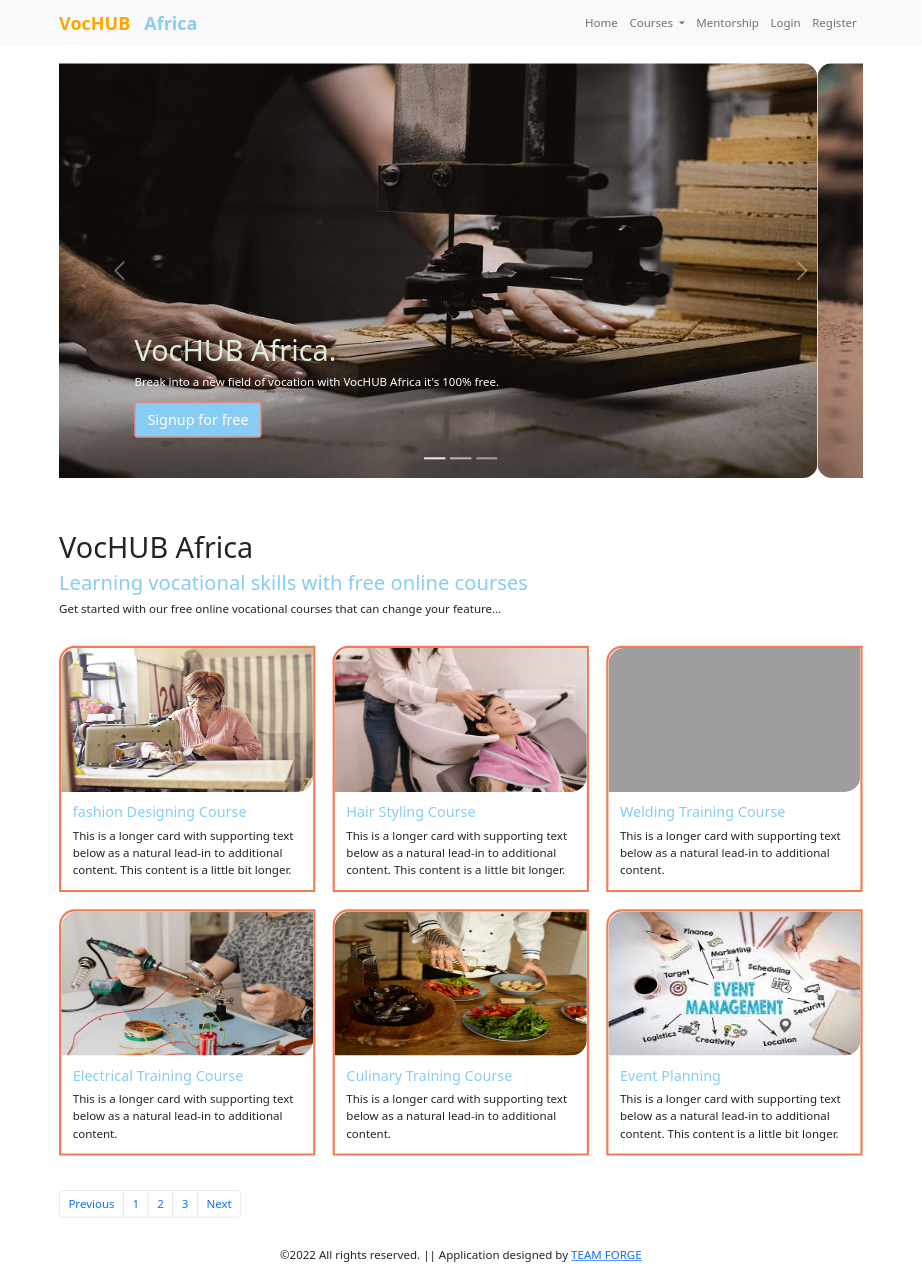
Repository: EKem01/VocHUB-Africa-Project
Page: / (app in client/)
These files come from the project's save history. The page is drawn as it stood at one moment and after the next save; the edit follows.
The browser window is 1280 px wide. The pictures show the whole page, at 72% of full size.
Pictures or frames that could not be fetched are drawn as grey boxes. The project was rebuilt for these pictures with package versions that can differ from the ones it lists, and the page was loaded fresh each time. Also part of the build but not shown: client/angular.json, client/src/app/components/login/login.component.ts, client/src/app/components/register/register.component.ts, client/src/app/components/courses/fashion-designing/fashion-designing.component.ts, client/src/app/components/courses/hair-styling/hair-styling.component.ts, client/src/app/components/dashboard/dashboard.component.ts, client/src/app/components/logout/logout.component.ts, client/src/app/components/mentorship/mentorship.component.ts.

Above is the page before, as saved 2022-06-13 23:39:11.

### client/src/index.html
<!doctype html>
<html lang="en">
<head>
  <meta charset="utf-8">
  <title>Vochub-Africa</title>
  <base href="/">
  <link href="https://cdn.jsdelivr.net/npm/bootstrap@5.0.2/dist/css/bootstrap.min.css" rel="stylesheet" integrity="sha384-EVSTQN3/azprG1Anm3QDgpJLIm9Nao0Yz1ztcQTwFspd3yD65VohhpuuCOmLASjC" crossorigin="anonymous">
  <meta name="viewport" content="width=device-width, initial-scale=1">
  <link rel="icon" type="image/x-icon" href="favicon.ico">
</head>
<body>
  <app-root></app-root>
  <script src="https://code.jquery.com/jquery-3.6.0.js" integrity="sha256-H+K7U5CnXl1h5ywQfKtSj8PCmoN9aaq30gDh27Xc0jk=" crossorigin="anonymous"></script>
  <script src="https://cdn.jsdelivr.net/npm/bootstrap@5.0.2/dist/js/bootstrap.bundle.min.js" integrity="sha384-MrcW6ZMFYlzcLA8Nl+NtUVF0sA7MsXsP1UyJoMp4YLEuNSfAP+JcXn/tWtIaxVXM" crossorigin="anonymous"></script>
</body>
</html>

### client/src/app/app.module.ts
import { NgModule } from '@angular/core';
import { FormsModule } from '@angular/forms';
import { BrowserModule } from '@angular/platform-browser';
import { AppRoutingModule } from './app-routing.module';
import { AppComponent } from './app.component';
import { NavbarComponent } from './components/navbar/navbar.component';
import { HomeComponent } from './components/home/home.component';
import { LoginComponent } from './components/login/login.component';
import { RegisterComponent } from './components/register/register.component';
import { NgbModule } from '@ng-bootstrap/ng-bootstrap';
import { HttpClientModule } from '@angular/common/http';
import { FashionDesigningComponent } from './components/courses/fashion-designing/fashion-designing.component';
import { HairStylingComponent } from './components/courses/hair-styling/hair-styling.component';
import { DashboardComponent } from './components/dashboard/dashboard.component';
import { LogoutComponent } from './components/logout/logout.component';
import { MentorshipComponent } from './components/mentorship/mentorship.component';

@NgModule({
  declarations: [
    AppComponent,
    NavbarComponent,
    HomeComponent,
    LoginComponent,
    LogoutComponent,
    RegisterComponent,
    FashionDesigningComponent,
    HairStylingComponent,
    DashboardComponent,
    LogoutComponent,
    MentorshipComponent
  ],
  imports: [
    BrowserModule,
    AppRoutingModule,
    FormsModule,
    NgbModule,
    HttpClientModule
  ],
  providers: [],
  bootstrap: [AppComponent]
})
export class AppModule { }

### client/src/app/app-routing.module.ts
import { RouterModule, Routes } from '@angular/router';
import { NgModule } from '@angular/core';
import { HomeComponent } from './components/home/home.component';
import { LoginComponent } from './components/login/login.component';
import { RegisterComponent } from './components/register/register.component';
import { FashionDesigningComponent } from './components/courses/fashion-designing/fashion-designing.component';
import { HairStylingComponent } from './components/courses/hair-styling/hair-styling.component';
import { DashboardComponent } from './components/dashboard/dashboard.component';




const appRoutes: Routes = [
    { path: '', component: HomeComponent},
    { path: 'register', component: RegisterComponent},
    { path: 'login', component: LoginComponent},
    { path: 'hair', component: HairStylingComponent},
    { path: 'fashion', component: FashionDesigningComponent},
    { path: 'dashboard', component: DashboardComponent}
    //{ path: '', redirectTo: '/home', pathMatch: 'full' },
    //{ path: '**', component: NotFoundComponent }
  ]

@NgModule({
    declarations: [],
    imports: [RouterModule.forRoot(appRoutes)],
    providers: [],
    bootstrap: [],
    exports: [RouterModule]
  })
  export class AppRoutingModule { }

### client/src/app/app.component.ts
import { Component } from '@angular/core';

@Component({
  selector: 'app-root',
  templateUrl: './app.component.html',
  styleUrls: ['./app.component.css']
})
export class AppComponent {
  title = 'vochub-elearning';
}

### client/src/app/components/navbar/navbar.component.html
<nav class="navbar navbar-expand-lg navbar-light bg-light mb-4" id="navhead">
    <div class="container">
        <a class="navbar-brand" routerLink="/"> <span style="color: orange;">VocHUB</span> &nbsp; <span style="color: skyblue;">Africa</span> </a>
        <button class="navbar-toggler" type="button" data-bs-toggle="collapse" data-bs-target="#navbarSupportedContent"
            aria-controls="navbarSupportedContent" aria-expanded="false" aria-label="Toggle navigation">
            <span class="navbar-toggler-icon"></span>
        </button>
        <div class="collapse navbar-collapse" id="navbarSupportedContent">
            <ul class="navbar-nav me-auto mb-2 mb-lg-0"> </ul>
            <ul class="nav navbar-nav navbar-right">
              <li><a class="nav-link" id="blue" aria-current="page" routerLink="/">Home</a></li>
              <li class="nav-item dropdown">
                  <a class="nav-link dropdown-toggle" href="#" id="navbarDropdown" role="button" data-bs-toggle="dropdown" aria-expanded="false">
                    Courses
                  </a>
                  <ul class="dropdown-menu" aria-labelledby="navbarDropdown">
                    <li><a class="dropdown-item" routerLink="/fashion">Fashion Designing</a></li>
                    <li><a class="dropdown-item" routerLink="/hair">Hair Styling</a></li>
                    <li><a class="dropdown-item" routerLink="/course">Arts and craft</a></li>
                    <li><a class="dropdown-item" routerLink="/course">Electrician</a></li>
                    <li><a class="dropdown-item" routerLink="course">Welding</a></li>
                    <li><a class="dropdown-item" routerLink="/course">Graphic Designing</a></li>
                    <li><a class="dropdown-item" routerLink="/course">Culinary Arts</a></li>
                    <li><a class="dropdown-item" routerLink="/course">Event planning</a></li>
                  </ul>
                </li>
                <li><a class="nav-link" routerLink="/mentorship">Mentorship</a></li>
                <li><a class="nav-link" routerLink="/login">Login</a></li>
                <li><a class="nav-link" routerLink="/register">Register</a></li>
            </ul>
        </div>
    </div>
  </nav>

  <div class="container">
    <router-outlet></router-outlet>
  </div>
  <br>

  <footer class="text-center">
    <div class="container">
      <p>&copy;2022 All rights reserved. || Application designed by <a href="#">TEAM FORGE</a></p>
    </div>
  </footer>

### client/src/app/components/navbar/navbar.component.css
button{
    border-radius: 10px;
}
.container .navbar-brand{
    font-weight: 700;
}
.navbar-brand{
    color: #0096FF;
    font-size: 25px;
}

### client/src/app/components/home/home.component.html
<div id="myCarousel" class="carousel slide" data-bs-ride="carousel">
  <div class="carousel-indicators">
    <button type="button" data-bs-target="#myCarousel" data-bs-slide-to="0" class="active" aria-current="true"
      aria-label="Slide 1"></button>
    <button type="button" data-bs-target="#myCarousel" data-bs-slide-to="1" aria-label="Slide 2"></button>
    <button type="button" data-bs-target="#myCarousel" data-bs-slide-to="2" aria-label="Slide 3"></button>
  </div>
  <div class="carousel-inner">
    <div class="carousel-item active">
      <img src="assets/img/shevet.jpg" class="d-block w-100" alt="...">

      <div class="container">
        <div class="carousel-caption text-start">
          <h1>VocHUB Africa.</h1>
          <p >Break into a new field of vocation with VocHUB Africa it's 100% free.</p>
          <p><a class="btn btn-lg btn-primary course-btn" routerLink="/register">Signup for free</a></p>
        </div>
      </div>
    </div>
    <div class="carousel-item">
      <img src="assets/img/cley.jpg" class="d-block w-100" alt="...">

      <div class="container">
        <div class="carousel-caption text-start">
          <h1>Learn without limits.</h1>
          <p>Start your vocational career with more than 1,000 courses with VocHUB Africa.</p>
          <p><a class="btn btn-lg btn-primary course-btn" routerLink="/register">Learn more...</a></p>
        </div>
      </div>
    </div>
    <div class="carousel-item">
      <img src="assets/img/T1.jpg" class="d-block w-100" alt="...">

      <div class="container">
        <div class="carousel-caption text-start">
          <h1>Start leraning for free.</h1>
          <p>Free vocational online courses with VocHUB Africa.</p>
          <p><a class="btn btn-lg btn-primary course-btn" routerLink="/register">Courses</a></p>
        </div>
      </div>
    </div>
  </div>
  <button class="carousel-control-prev" type="button" data-bs-target="#myCarousel" data-bs-slide="prev">
    <span class="carousel-control-prev-icon" aria-hidden="true"></span>
    <span class="visually-hidden">Previous</span>
  </button>
  <button class="carousel-control-next" type="button" data-bs-target="#myCarousel" data-bs-slide="next">
    <span class="carousel-control-next-icon" aria-hidden="true"></span>
    <span class="visually-hidden">Next</span>
  </button>
</div>
<br>
<br>
<br>


<section class="courses">
  <h1>VocHUB Africa</h1>
  <h3>Learning vocational skills with free online courses</h3>
  <p>Get started with our free online vocational courses that can change your feature...</p><br>
  <div class="row row-cols-1 row-cols-md-3 g-4">
    <div class="col">
      <div class="card">
        <a routerLink="/fashion">
          <img src="assets/img/T2.jpg" class="card-img-top" alt="...">
        </a>
        <div class="card-body">
          <div class="course">
            <h5><a routerLink="/fashion">fashion Designing Course</a></h5>
          </div>
          <p class="card-text">This is a longer card with supporting text below as a natural lead-in to additional
            content. This content is a little bit longer.</p>
        </div>
      </div>
    </div>

    <div class="col">
      <div class="card">
        <a routerLink="/hair">
          <img src="assets/img/hair.jpg" class="card-img-top" alt="...">
        </a>
        <div class="card-body">
          <div class="course">
            <h5><a routerLink="/hair">Hair Styling Course</a></h5>
          </div>
          <p class="card-text">This is a longer card with supporting text below as a natural lead-in to additional
            content. This content is a little bit longer.</p>
        </div>
      </div>
    </div>
    <div class="col">
      <div class="card">
        <img src="assets/img/welding.jpg" class="card-img-top" alt="...">
        <div class="card-body">
          <div class="course">
            <h5><a routerLink="#">Welding Training Course</a></h5>
          </div>
          <p class="card-text">This is a longer card with supporting text below as a natural lead-in to additional
            content.</p>
        </div>
      </div>
    </div>
    <div class="col">
      <div class="card">
        <img src="assets/img/electric.jpg" class="card-img-top" alt="...">
        <div class="card-body">
          <div class="course">
            <h5><a routerLink="#">Electrical Training Course</a></h5>
          </div>
          <p class="card-text">This is a longer card with supporting text below as a natural lead-in to additional
            content.</p>
        </div>
      </div>
    </div>
    <div class="col">
      <div class="card">
        <img src="assets/img/culinary.jpg" class="card-img-top" alt="...">
        <div class="card-body">
          <div class="course">
            <h5><a routerLink="#">Culinary Training Course</a></h5>
          </div>
          <p class="card-text">This is a longer card with supporting text below as a natural lead-in to additional
            content.</p>
        </div>
      </div>
    </div>
    <div class="col">
      <div class="card">
        <img src="assets/img/event.jpg" class="card-img-top" alt="...">
        <div class="card-body">
          <div class="course">
            <h5><a routerLink="/fashion">Event Planning</a></h5>
          </div>
          <p class="card-text">This is a longer card with supporting text below as a natural lead-in to additional
            content.
            This content is a little bit longer.</p>
        </div>
      </div>
    </div>
  </div>
</section>
<br>
<br>

<section class="pagination">
  <nav aria-label="Page navigation example">
    <ul class="pagination">
      <li class="page-item"><a class="page-link" href="#">Previous</a></li>
      <li class="page-item"><a class="page-link" href="#">1</a></li>
      <li class="page-item"><a class="page-link" href="#">2</a></li>
      <li class="page-item"><a class="page-link" href="#">3</a></li>
      <li class="page-item"><a class="page-link" href="#">Next</a></li>
    </ul>
  </nav>
</section>

### client/src/app/components/home/home.component.css
img{
    width: 100%;
    height: 80vh;
}
.carousel-item img{
    border-radius: 20px;
    width: fit-content;

}

.carousel-item h1{
    color: #ddeddd;
}

.course-btn{
    background-color: rgb(134, 204, 245);
    border: 2px solid rgb(226, 140, 140);
}

.courses h3{
    color:  rgb(134, 204, 245);
}
.card{
    border-radius: 22px 0px 0 0;
    border: 3px solid rgb(238, 125, 84);
}
.card img{
    height: 200px;
    border-radius: 22px 0px;
}
.course a{
    text-decoration: none;
    color: rgb(134, 204, 245);
}

Loaded but not shown: client/src/styles.css (common file); client/src/main.ts (common file); client/src/environments/environment.ts (common file); client/src/app/components/navbar/navbar.component.ts (common file); client/src/app/components/home/home.component.ts (common file); client/src/app/app.component.html (common file); client/src/app/app.component.css (no stored copy; drawn as an empty file)

After the next save:
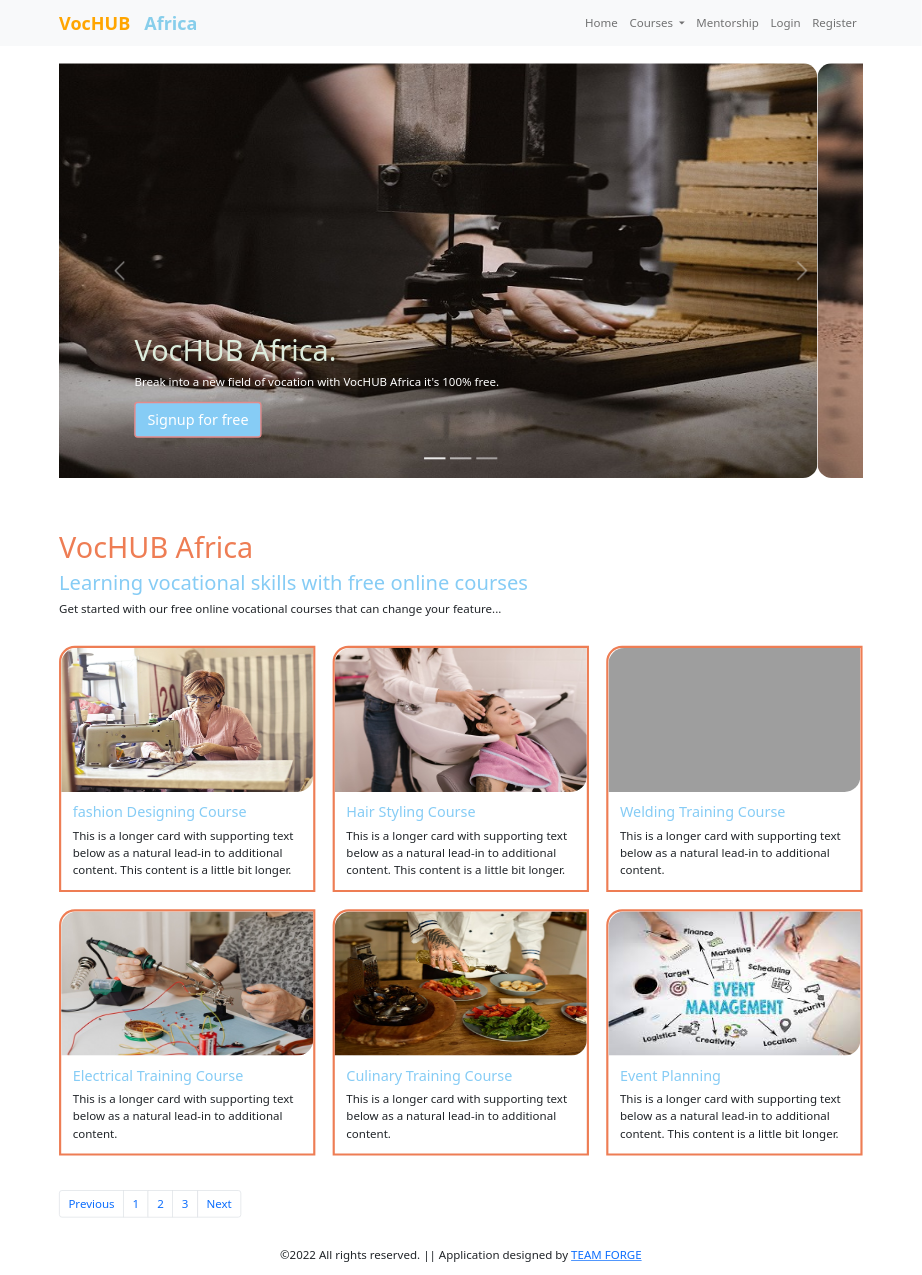
Saved 6 s later.
--- a/client/src/app/components/home/home.component.css
+++ b/client/src/app/components/home/home.component.css
@@ -16,7 +16,9 @@ img{
     background-color: rgb(134, 204, 245);
     border: 2px solid rgb(226, 140, 140);
 }
-
+.courses h1{
+    color: rgb(238, 125, 84);
+}
 .courses h3{
     color:  rgb(134, 204, 245);
 }
